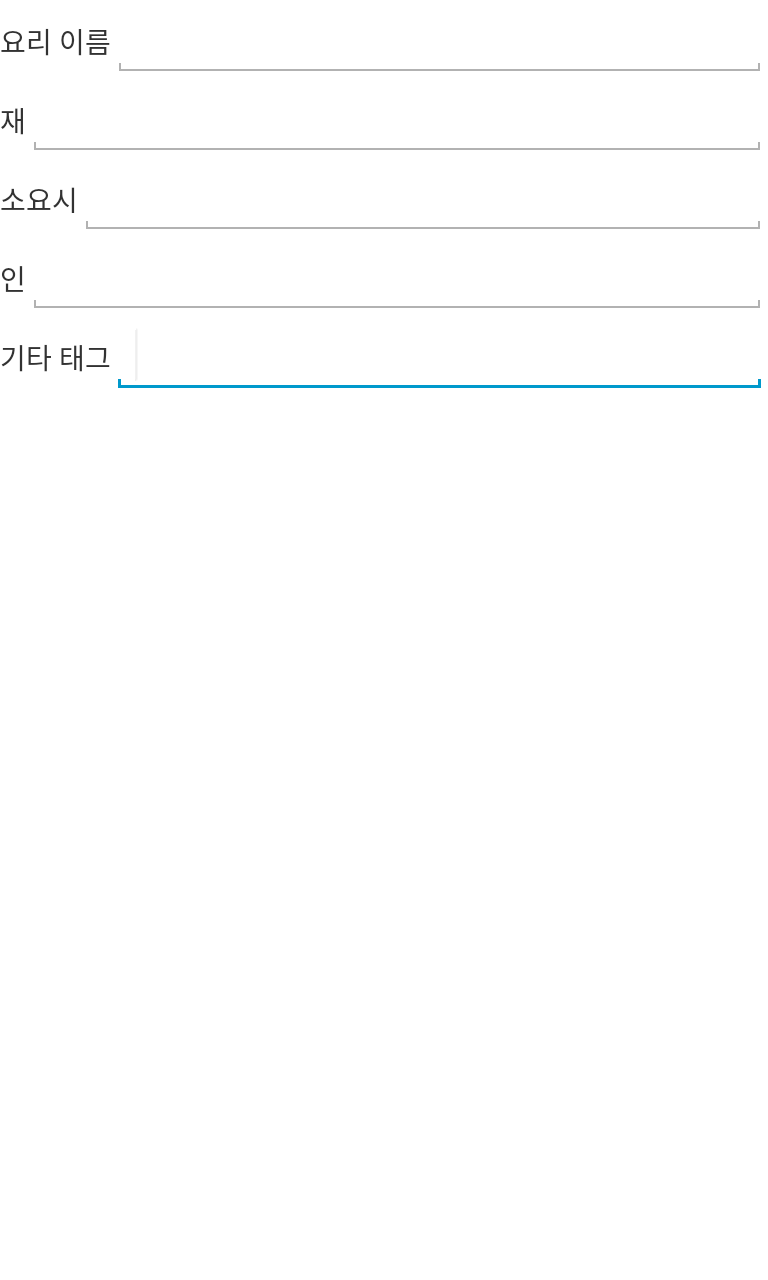
Repository: lay126/fuding_wewe
Layout: fuding_android/FudingAndroid/res/layout/fragment_addposting.xml
These files come from the project's save history. The layout is drawn as it stood at one moment and after the next save; the edit follows.
It is drawn on a 768 x 1280 px phone screen (xhdpi) without system bars, with theme AppTheme; the app's code is not run.

Above is the layout before, as saved 2015-07-21 07:49:42.

After the next save:
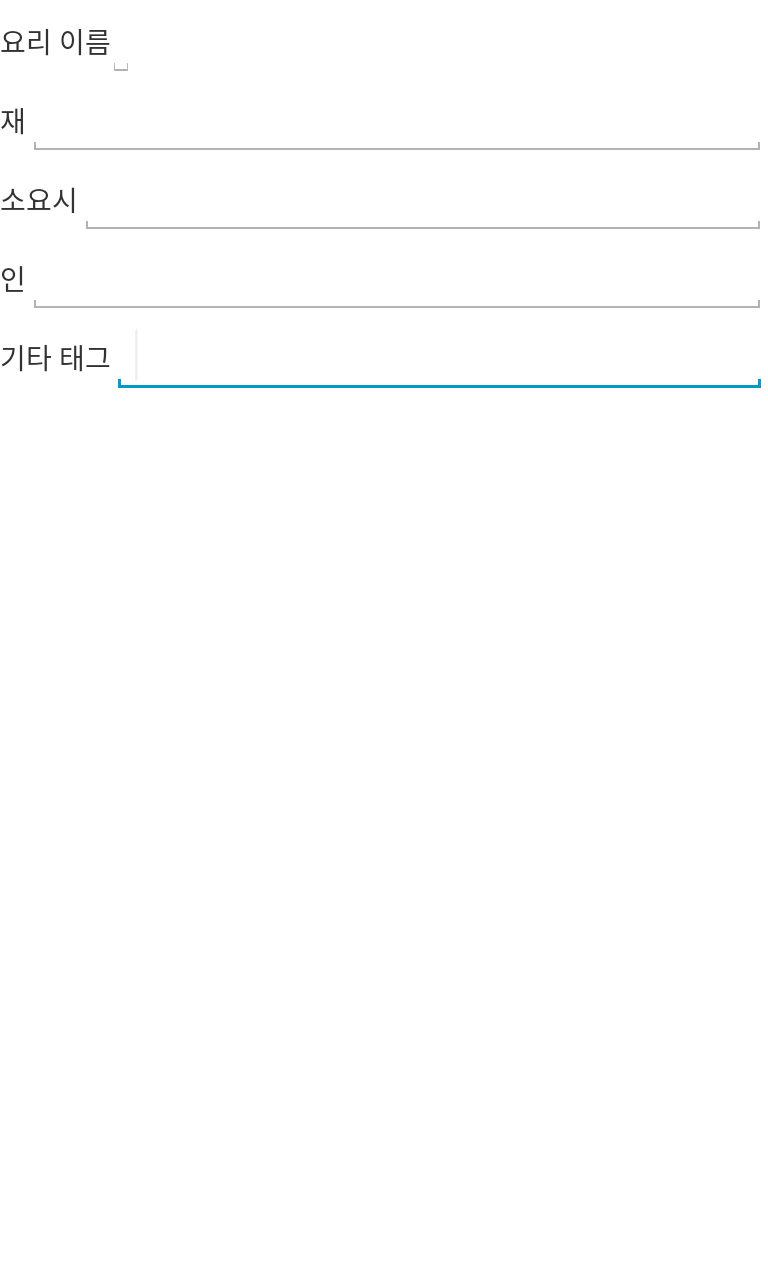
Saved 20 s later.
--- a/fuding_android/FudingAndroid/res/layout/fragment_addposting.xml
+++ b/fuding_android/FudingAndroid/res/layout/fragment_addposting.xml
@@ -21,9 +21,8 @@
 
             <EditText
                 android:id="@+id/edit_title"
-                android:layout_width="100dp"
+                android:layout_width="10dp"
                 android:layout_height="wrap_content"
-                android:layout_weight="1"
                 android:ems="10" >
 
                 <requestFocus />
